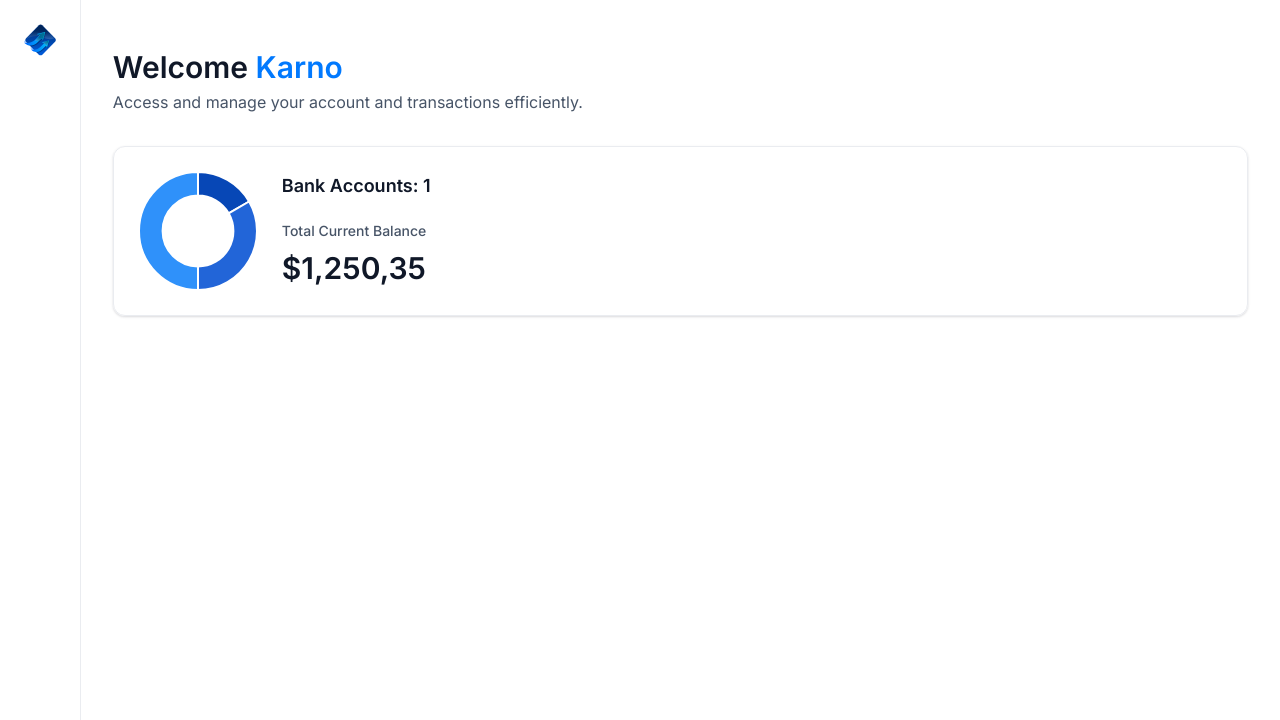
Repository: KarnoSarker/Banking
Page: /
An editor plug-in stored every save of this project. The page is shown before and after the next save, followed by the edit.
The browser window is 1280 px wide. The pictures show the whole page.
The project was rebuilt for these pictures with package versions that can differ from the ones it lists, and the page was loaded fresh each time. The framework's server and built-in components were replaced by stand-ins that run in the browser. Also part of the build but not shown: next.config.mjs.

Above is the page before, as saved 2024-05-14 20:20:55.

### app/layout.tsx
import type { Metadata } from 'next';
import { Inter, IBM_Plex_Serif } from 'next/font/google';
import './globals.css';

const inter = Inter({ subsets: ['latin'], variable: '--font-inter' });
const ibmPlexSerif = IBM_Plex_Serif({
  subsets: ['latin'],
  weight: ['400', '700'],
  variable: '--font-ibm-plex-serif',
});

export const metadata: Metadata = {
  title: 'CityBank',
  description: 'CityBank for everyone',
  icons: {
    icon: '/icons/logo.svg',
  },
};

export default function RootLayout({
  children,
}: Readonly<{
  children: React.ReactNode;
}>) {
  return (
    <html lang='en'>
      <body className={`${inter.variable} ${ibmPlexSerif.variable}`}>
        {children}
      </body>
    </html>
  );
}

### app/(root)/layout.tsx
import Sidebar from '@/components/Sidebar';

export default function RootLayout({
  children,
}: Readonly<{
  children: React.ReactNode;
}>) {
  const loggedIn = { firstName: 'Karno', lastName: 'Sarker' };
  return (
    <main className='flex h-screen w-full font-inter'>
      <Sidebar user={loggedIn} />
      {children}
    </main>
  );
}

### app/(root)/page.tsx
import HeaderBox from '@/components/HeaderBox';
import TotalBalanceBox from '@/components/TotalBalanceBox';
import React from 'react';

const Home = () => {
  const loggedIn = { firstName: 'Karno' };
  return (
    <section className='home'>
      <div className='home-content'>
        <header className='home-header'>
          <HeaderBox
            type='greeting'
            title='Welcome'
            user={loggedIn?.firstName || 'Guest'}
            subtext='Access and manage your account and transactions efficiently.'
          />
        </header>
        <TotalBalanceBox
          accounts={[]}
          totalBanks={1}
          totalCurrentBalance={1250.35}
        />
      </div>
    </section>
  );
};

export default Home;

### components/Sidebar.tsx
import Image from 'next/image';
import Link from 'next/link';

const Sidebar = ({ user }: SiderbarProps) => {
  return (
    <section className='sidebar'>
      <nav className='flex flex-col gap-4'>
        <Link href='/' className='mb-12 cursor-pointer items-center gap-2'>
          <Image
            src='/icons/logo.svg'
            width={34}
            height={34}
            alt='CityBank logo'
            // className='size-[24px]'
          />
        </Link>
      </nav>
    </section>
  );
};

export default Sidebar;

### components/HeaderBox.tsx
import React from 'react';

const HeaderBox = ({
  type = 'title',
  title,
  subtext,
  user,
}: HeaderBoxProps) => {
  return (
    <div className='header-box'>
      <h1 className='header-box-title'>
        {title}
        {type === 'greeting' && (
          <span className='text-bankGradient'>&nbsp;{user}</span>
        )}
      </h1>
      <p className='header-box-subtext'>{subtext}</p>
    </div>
  );
};

export default HeaderBox;

### components/TotalBalanceBox.tsx
import React from 'react';
import AnimatedCounter from './AnimatedCounter';
import DoughnutChart from './ui/DoughnutChart';

const TotalBalanceBox = ({
  accounts = [],
  totalBanks,
  totalCurrentBalance,
}: TotlaBalanceBoxProps) => {
  return (
    <section className='total-balance'>
      <div className='total-balance-chart'>
        <DoughnutChart accounts={accounts} />
      </div>
      <div className='flex flex-col gap-6'>
        <h2 className='header-2'>Bank Accounts: {totalBanks}</h2>
        <div className='flex flex-col gap-2'>
          <p className='total-balance-label'>Total Current Balance</p>
          <div className='total-balance-amount flex-center gap-2'>
            <AnimatedCounter amount={totalCurrentBalance} />
          </div>
        </div>
      </div>
    </section>
  );
};

export default TotalBalanceBox;

### components/AnimatedCounter.tsx
'use client';
import CountUp from 'react-countup';

const AnimatedCounter = ({ amount }: { amount: number }) => {
  return (
    <div className='w-full'>
      <CountUp
        duration={2.75}
        decimals={2}
        decimal=','
        prefix='$'
        end={amount}
      />
    </div>
  );
};

export default AnimatedCounter;

### components/ui/DoughnutChart.tsx
'use client';

import { Chart as ChartJS, ArcElement, Tooltip, Legend } from 'chart.js';
import { Doughnut } from 'react-chartjs-2';

ChartJS.register(ArcElement, Tooltip, Legend);

const DoughnutChart = ({ accounts }: DoughnutChartProps) => {
  const data = {
    datasets: [
      {
        label: 'Banks',
        data: [1250, 2500, 3750],
        backgroundColor: ['#0747b6', '#2265d8', '#2f91fa'],
      },
    ],
    labels: ['Bank 1', 'Bank 2', 'Bank 3'],
  };
  return (
    <Doughnut
      data={data}
      options={{
        cutout: '60%',
        plugins: {
          legend: {
            display: false,
          },
        },
      }}
    />
  );
};

export default DoughnutChart;

Loaded but not shown: app/globals.css (common file); tailwind.config.ts (common file)

After the next save:
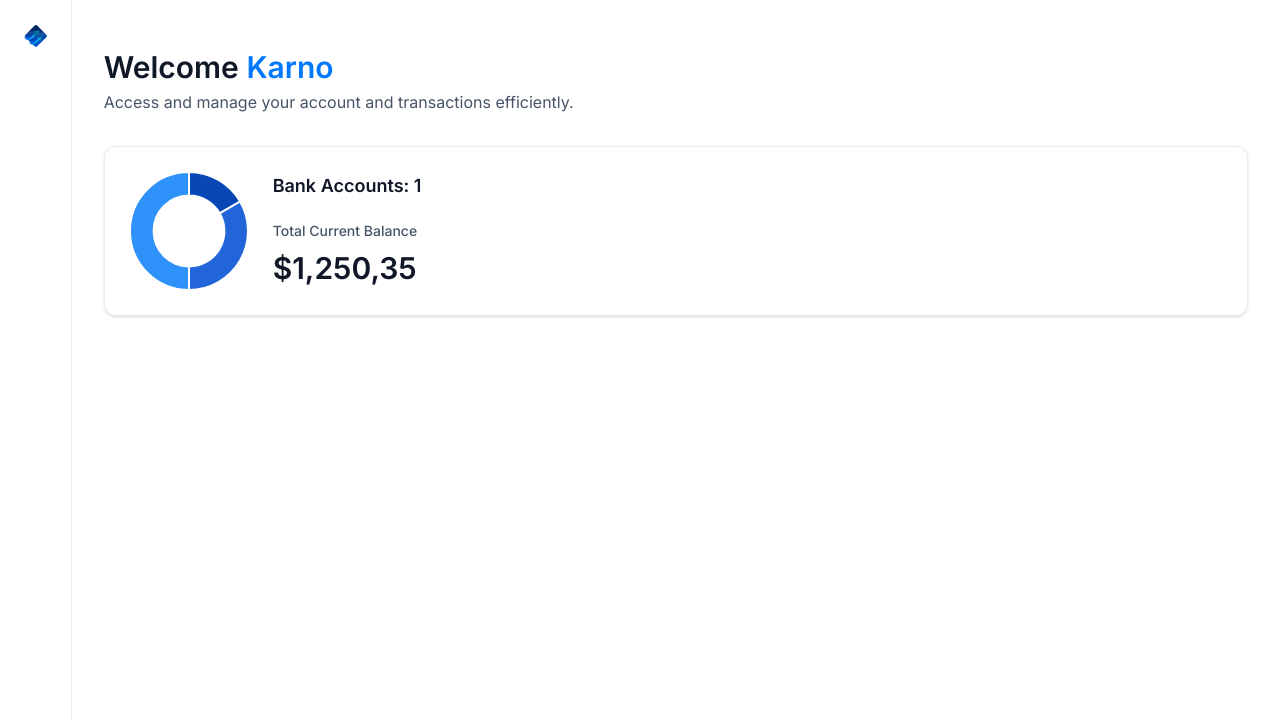
Saved 9 s later.
--- a/components/Sidebar.tsx
+++ b/components/Sidebar.tsx
@@ -11,7 +11,7 @@ const Sidebar = ({ user }: SiderbarProps) => {
             width={34}
             height={34}
             alt='CityBank logo'
-            // className='size-[24px]'
+            className='size-[24px]'
           />
         </Link>
       </nav>
